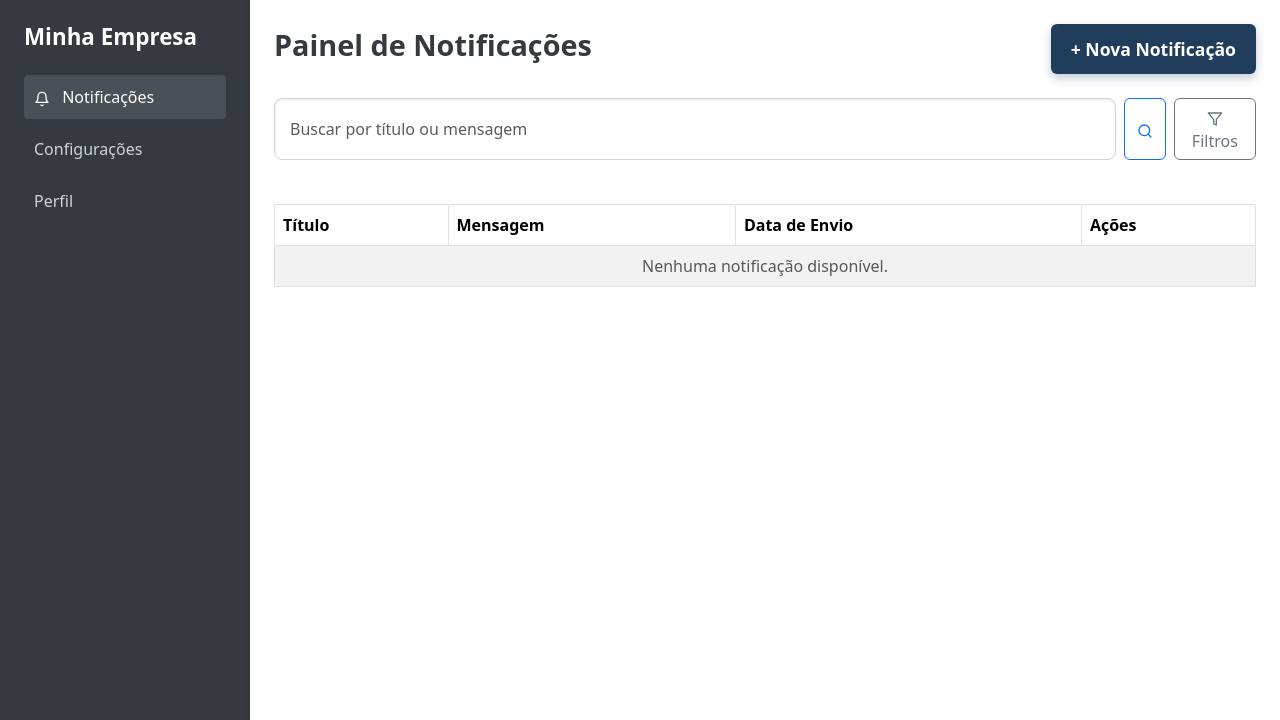
Repository: ryanmarinhodev/Supremo-teste-tecnico
Page: /notifications
These files come from the project's save history. The page is drawn as it stood at one moment and after the next save; the edit follows.
The browser window is 1280 px wide. The pictures show the whole page.
The project was rebuilt for these pictures with package versions that can differ from the ones it lists, and the page was loaded fresh each time. Also part of the build but not shown: src/App.css, src/Components/Login/index.jsx.

Above is the page before, as saved 2024-11-07 15:07:13.

### src/App.js
import { BrowserRouter, Routes, Route } from "react-router-dom";
import "./App.css";
import Login from "./Components/Login";
import NotificationsPage from "./Components/Notifications/notification";

const App = () => {
  return (
    <BrowserRouter>
      <Routes>
        <Route path="/" element={<Login />} />
        <Route path="/notifications" element={<NotificationsPage />} />
      </Routes>
    </BrowserRouter>
  );
};

export default App;

### src/Components/Notifications/notification.jsx
import React, { useState } from "react";
import { Modal, Button, Form, Table } from "react-bootstrap";
import { FiBell, FiEdit, FiTrash2, FiSearch, FiFilter } from "react-icons/fi";
import "./notification.css";

const NotificationsDashboard = () => {
  const [notifications, setNotifications] = useState([]);
  const [showModal, setShowModal] = useState(false);
  const [search, setSearch] = useState("");
  const [currentNotification, setCurrentNotification] = useState({
    id: null,
    title: "",
    message: "",
    date: "",
  });

  const openModal = (notification = { title: "", message: "", date: "" }) => {
    setCurrentNotification(notification);
    setShowModal(true);
  };

  const closeModal = () => {
    setShowModal(false);
    setCurrentNotification({ id: null, title: "", message: "", date: "" });
  };

  const handleChange = (e) => {
    const { name, value } = e.target;
    setCurrentNotification((prev) => ({ ...prev, [name]: value }));
  };

  const handleSubmit = () => {
    if (currentNotification.id) {
      setNotifications((prev) =>
        prev.map((notif) =>
          notif.id === currentNotification.id ? currentNotification : notif
        )
      );
    } else {
      setNotifications((prev) => [
        ...prev,
        { ...currentNotification, id: Date.now() },
      ]);
    }
    closeModal();
  };

  const handleDelete = (id) => {
    setNotifications((prev) => prev.filter((notif) => notif.id !== id));
  };

  return (
    <div className="dashboard-container d-flex">
      {/* Sidebar de Navegação */}
      <aside className="sidebar p-4">
        <h4>Minha Empresa</h4>
        <ul className="nav flex-column mt-4">
          <li className="nav-item mb-2">
            <a href="/notifications" className="nav-link active">
              <FiBell className="me-2" /> Notificações
            </a>
          </li>
          <li className="nav-item mb-2">
            <a href="/settings" className="nav-link">
              Configurações
            </a>
          </li>
          <li className="nav-item">
            <a href="/profile" className="nav-link">
              Perfil
            </a>
          </li>
        </ul>
      </aside>

      {/* Área Principal */}
      <div className="content flex-grow-1 p-4">
        <header className="d-flex justify-content-between align-items-center mb-4">
          <h2 className="page-title">Painel de Notificações</h2>
          <Button variant="primary" onClick={() => openModal()}>
            + Nova Notificação
          </Button>
        </header>

        {/* Barra de Busca e Filtro */}
        <div className="d-flex mb-4">
          <Form.Control
            type="text"
            placeholder="Buscar por título ou mensagem"
            value={search}
            onChange={(e) => setSearch(e.target.value)}
            className="me-2"
          />
          <Button variant="outline-primary">
            <FiSearch />
          </Button>
          <Button variant="outline-secondary" className="ms-2">
            <FiFilter /> Filtros
          </Button>
        </div>

        {/* Tabela de Notificações */}
        <Table striped bordered hover responsive>
          <thead>
            <tr>
              <th>Título</th>
              <th>Mensagem</th>
              <th>Data de Envio</th>
              <th>Ações</th>
            </tr>
          </thead>
          <tbody>
            {notifications.length > 0 ? (
              notifications.map((notification) => (
                <tr key={notification.id}>
                  <td>{notification.title}</td>
                  <td>{notification.message}</td>
                  <td>{notification.date}</td>
                  <td>
                    <Button
                      variant="outline-secondary"
                      size="sm"
                      className="me-2"
                      onClick={() => openModal(notification)}
                    >
                      <FiEdit /> Editar
                    </Button>
                    <Button
                      variant="outline-danger"
                      size="sm"
                      onClick={() => handleDelete(notification.id)}
                    >
                      <FiTrash2 /> Excluir
                    </Button>
                  </td>
                </tr>
              ))
            ) : (
              <tr>
                <td colSpan="4" className="text-center text-muted">
                  Nenhuma notificação disponível.
                </td>
              </tr>
            )}
          </tbody>
        </Table>
      </div>

      {/* Modal para Cadastrar/Editar Notificação */}
      <Modal show={showModal} onHide={closeModal}>
        <Modal.Header closeButton>
          <Modal.Title>
            {currentNotification.id
              ? "Editar Notificação"
              : "Cadastrar Notificação"}
          </Modal.Title>
        </Modal.Header>
        <Modal.Body>
          <Form>
            <Form.Group className="mb-3">
              <Form.Label>Título</Form.Label>
              <Form.Control
                type="text"
                placeholder="Título da Notificação"
                name="title"
                value={currentNotification.title}
                onChange={handleChange}
              />
            </Form.Group>
            <Form.Group className="mb-3">
              <Form.Label>Mensagem</Form.Label>
              <Form.Control
                as="textarea"
                rows={3}
                placeholder="Mensagem da Notificação"
                name="message"
                value={currentNotification.message}
                onChange={handleChange}
              />
            </Form.Group>
            <Form.Group className="mb-3">
              <Form.Label>Data de Envio</Form.Label>
              <Form.Control
                type="date"
                name="date"
                value={currentNotification.date}
                onChange={handleChange}
              />
            </Form.Group>
          </Form>
        </Modal.Body>
        <Modal.Footer>
          <Button variant="secondary" onClick={closeModal}>
            Cancelar
          </Button>
          <Button variant="primary" onClick={handleSubmit}>
            {currentNotification.id ? "Salvar Alterações" : "Cadastrar"}
          </Button>
        </Modal.Footer>
      </Modal>
    </div>
  );
};

export default NotificationsDashboard;

### src/Components/Login/styles.css
:root {
    --primary-color: #203d5c;
    --secondary-color: #adb5bd;
    --hover-color: #182533;
    --background-overlay: rgba(0, 0, 0, 0.4);
    --box-shadow: 0 4px 10px rgba(47, 84, 122, 0.3);
}

.login-container {
    background: url('https://wallpapers.com/images/hd/4k-architecture-yellow-glass-building-6d7nbmyltxlyxxv8.jpg') no-repeat center center;
    background-size: cover;
    min-height: 100vh;
    padding: 20px;
    display: flex;
    align-items: center;
    justify-content: center;
    position: relative;
}

.login-container::before {
    content: '';
    position: absolute;
    top: 0;
    left: 0;
    right: 0;
    bottom: 0;
    background: var(--background-overlay);
    z-index: 1;
}

.login-card {
    width: 100%;
    max-width: 600px;
    background-color: #ffffff;
    border-radius: 12px;
    box-shadow: var(--box-shadow);
    border: 1px solid rgba(0, 0, 0, 0.05);
    transition: transform 0.3s ease, box-shadow 0.3s ease;
    position: relative;
    z-index: 2;
    padding: 40px;
    animation: fadeIn 0.6s ease;
}

.login-card:hover {
    transform: translateY(-5px);
    box-shadow: 0 15px 40px rgba(0, 0, 0, 0.3);
}


.logo {
    width: 100px;
    height: auto;
    margin-bottom: 20px;
}

.login-title {
    font-size: 2rem;
    font-weight: 700;
    color: #000;
    margin-top: 10px;
    margin-bottom: 10px;
    font-family: 'Poppins', sans-serif;
    text-align: center;
}

.title-underline {
    width: 60px;
    height: 4px;
    background-color: #495f75;
    margin: 0 auto 20px auto;
    border-radius: 2px;
}

.subtitle {
    font-size: 1rem;
    color: #e0e0e0;
    text-align: center;
    margin-bottom: 30px;
    font-weight: 400;
}


.form-control {
    border-radius: 8px;
    padding: 15px;
    font-size: 1rem;
    border: 1px solid #ced4da;
    box-shadow: inset 0 1px 3px rgba(0, 0, 0, 0.1);
    transition: border-color 0.3s ease, box-shadow 0.3s ease;
}

.form-control:focus {
    border-color: var(--primary-color);
    box-shadow: 0 0 0 0.2rem rgba(89, 124, 161, 0.25);
}

/* Botão de login com estilo profissional */
.btn-primary {
    background-color: var(--primary-color);
    border: none;
    font-size: 1.1rem;
    font-weight: 600;
    padding: 12px 20px;
    border-radius: 6px;
    transition: background-color 0.3s ease, transform 0.2s ease;
    box-shadow: var(--box-shadow);
}

.btn-primary:hover {
    background-color: var(--hover-color);
    transform: scale(1.03);
}

/* Link "Esqueci a senha" com estilo sutil */
.text-secondary {
    color: var(--secondary-color) !important;
    font-size: 0.9rem;
}

.text-secondary:hover {
    color: #000 !important;
    text-decoration: underline;
}

/* Altera a cor de fundo e da borda do checkbox quando marcado */
.form-check-input:checked {
    background-color: var(--hover-color);
    border-color: var(--secondary-color);
}

.form-check-input:focus {
    box-shadow: none;
}

/* Efeito de transição suave ao aparecer o card */
@keyframes fadeIn {
    from {
        opacity: 0;
        transform: scale(0.9);
    }
    to {
        opacity: 1;
        transform: scale(1);
    }
}

@media (max-width: 768px) {
    .login-card {
        max-width: 90%;
        padding: 20px;
        border-radius: 8px;
    }

    .login-title {
        font-size: 1.5rem;
    }

    .subtitle {
        font-size: 0.9rem;
    }

    .logo {
        width: 80px;
    }

    .form-control {
        padding: 10px;
        font-size: 0.9rem;
    }

    .btn-primary {
        font-size: 1rem;
        padding: 10px;
    }

    .title-underline {
        width: 50px;
        height: 3px;
    }
}

### src/Components/Notifications/notification.css
.dashboard-container {
    display: flex;
    min-height: 100vh;
    background-color: #f8f9fa;
  }

  .sidebar {
    width: 250px;
    background-color: #343a40;
    color: #fff;
    height: 100vh;
  }

  .sidebar h4 {
    font-size: 1.4rem;
    font-weight: bold;
    color: #fff;
  }

  .sidebar .nav-link {
    color: #ced4da;
    padding: 10px;
    font-weight: 500;
  }

  .sidebar .nav-link:hover,
  .sidebar .nav-link.active {
    background-color: #495057;
    color: #fff;
    border-radius: 4px;
  }

  .content {
    flex-grow: 1;
    padding: 20px 40px;
    background-color: #ffffff;
    box-shadow: 0px 0px 10px rgba(0, 0, 0, 0.1);
  }

  .page-title {
    font-size: 1.8rem;
    font-weight: bold;
    color: #343a40;
  }

  .table {
    margin-top: 20px;
  }

  button {
    transition: background-color 0.3s ease, box-shadow 0.2s ease;
  }

  button:hover {
    box-shadow: 0px 4px 8px rgba(0, 0, 0, 0.15);
  }

Loaded but not shown: public/index.html (common file); src/index.js (common file); src/index.css (common file); src/reportWebVitals.js (common file)

After the next save:
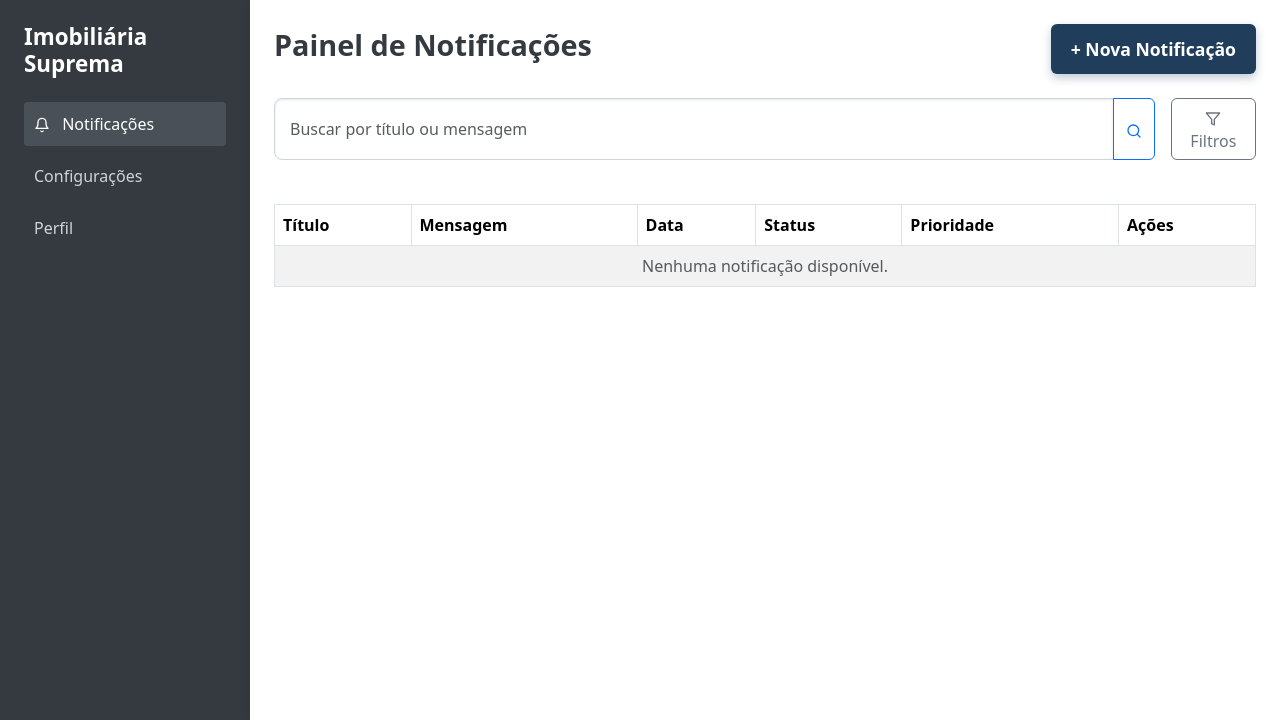
Saved 7 min 18 s later.
--- a/src/Components/Notifications/notification.jsx
+++ b/src/Components/Notifications/notification.jsx
@@ -1,9 +1,17 @@
 import React, { useState } from "react";
-import { Modal, Button, Form, Table } from "react-bootstrap";
+import {
+  Modal,
+  Button,
+  Form,
+  Table,
+  Badge,
+  InputGroup,
+  FormControl,
+} from "react-bootstrap";
 import { FiBell, FiEdit, FiTrash2, FiSearch, FiFilter } from "react-icons/fi";
 import "./notification.css";
 
-const NotificationsDashboard = () => {
+const EnhancedNotificationsDashboard = () => {
   const [notifications, setNotifications] = useState([]);
   const [showModal, setShowModal] = useState(false);
   const [search, setSearch] = useState("");
@@ -12,23 +20,44 @@ const NotificationsDashboard = () => {
     title: "",
     message: "",
     date: "",
+    status: "Não Lida",
+    priority: "Normal",
   });
 
-  const openModal = (notification = { title: "", message: "", date: "" }) => {
+  // Abre o modal para adicionar ou editar uma notificação
+  const openModal = (
+    notification = {
+      title: "",
+      message: "",
+      date: "",
+      status: "Não Lida",
+      priority: "Normal",
+    }
+  ) => {
     setCurrentNotification(notification);
     setShowModal(true);
   };
 
+  // Fecha o modal e reseta os dados do formulário
   const closeModal = () => {
     setShowModal(false);
-    setCurrentNotification({ id: null, title: "", message: "", date: "" });
-  };
-
+    setCurrentNotification({
+      id: null,
+      title: "",
+      message: "",
+      date: "",
+      status: "Não Lida",
+      priority: "Normal",
+    });
+  };
+
+  // Manipula mudanças nos campos do formulário
   const handleChange = (e) => {
     const { name, value } = e.target;
     setCurrentNotification((prev) => ({ ...prev, [name]: value }));
   };
 
+  // Envia a notificação (para adicionar ou editar)
   const handleSubmit = () => {
     if (currentNotification.id) {
       setNotifications((prev) =>
@@ -45,6 +74,7 @@ const NotificationsDashboard = () => {
     closeModal();
   };
 
+  // Exclui a notificação
   const handleDelete = (id) => {
     setNotifications((prev) => prev.filter((notif) => notif.id !== id));
   };
@@ -53,7 +83,7 @@ const NotificationsDashboard = () => {
     <div className="dashboard-container d-flex">
       {/* Sidebar de Navegação */}
       <aside className="sidebar p-4">
-        <h4>Minha Empresa</h4>
+        <h4>Imobiliária Suprema</h4>
         <ul className="nav flex-column mt-4">
           <li className="nav-item mb-2">
             <a href="/notifications" className="nav-link active">
@@ -84,16 +114,16 @@ const NotificationsDashboard = () => {
 
         {/* Barra de Busca e Filtro */}
         <div className="d-flex mb-4">
-          <Form.Control
-            type="text"
-            placeholder="Buscar por título ou mensagem"
-            value={search}
-            onChange={(e) => setSearch(e.target.value)}
-            className="me-2"
-          />
-          <Button variant="outline-primary">
-            <FiSearch />
-          </Button>
+          <InputGroup className="me-2">
+            <FormControl
+              placeholder="Buscar por título ou mensagem"
+              value={search}
+              onChange={(e) => setSearch(e.target.value)}
+            />
+            <Button variant="outline-primary">
+              <FiSearch />
+            </Button>
+          </InputGroup>
           <Button variant="outline-secondary" className="ms-2">
             <FiFilter /> Filtros
           </Button>
@@ -105,7 +135,9 @@ const NotificationsDashboard = () => {
             <tr>
               <th>Título</th>
               <th>Mensagem</th>
-              <th>Data de Envio</th>
+              <th>Data</th>
+              <th>Status</th>
+              <th>Prioridade</th>
               <th>Ações</th>
             </tr>
           </thead>
@@ -117,6 +149,24 @@ const NotificationsDashboard = () => {
                   <td>{notification.message}</td>
                   <td>{notification.date}</td>
                   <td>
+                    <Badge
+                      bg={
+                        notification.status === "Não Lida"
+                          ? "warning"
+                          : "success"
+                      }
+                    >
+                      {notification.status}
+                    </Badge>
+                  </td>
+                  <td>
+                    <Badge
+                      bg={notification.priority === "Alta" ? "danger" : "info"}
+                    >
+                      {notification.priority}
+                    </Badge>
+                  </td>
+                  <td>
                     <Button
                       variant="outline-secondary"
                       size="sm"
@@ -137,7 +187,7 @@ const NotificationsDashboard = () => {
               ))
             ) : (
               <tr>
-                <td colSpan="4" className="text-center text-muted">
+                <td colSpan="6" className="text-center text-muted">
                   Nenhuma notificação disponível.
                 </td>
               </tr>
@@ -187,6 +237,17 @@ const NotificationsDashboard = () => {
                 onChange={handleChange}
               />
             </Form.Group>
+            <Form.Group className="mb-3">
+              <Form.Label>Prioridade</Form.Label>
+              <Form.Select
+                name="priority"
+                value={currentNotification.priority}
+                onChange={handleChange}
+              >
+                <option value="Normal">Normal</option>
+                <option value="Alta">Alta</option>
+              </Form.Select>
+            </Form.Group>
           </Form>
         </Modal.Body>
         <Modal.Footer>
@@ -202,4 +263,4 @@ const NotificationsDashboard = () => {
   );
 };
 
-export default NotificationsDashboard;
+export default EnhancedNotificationsDashboard;
